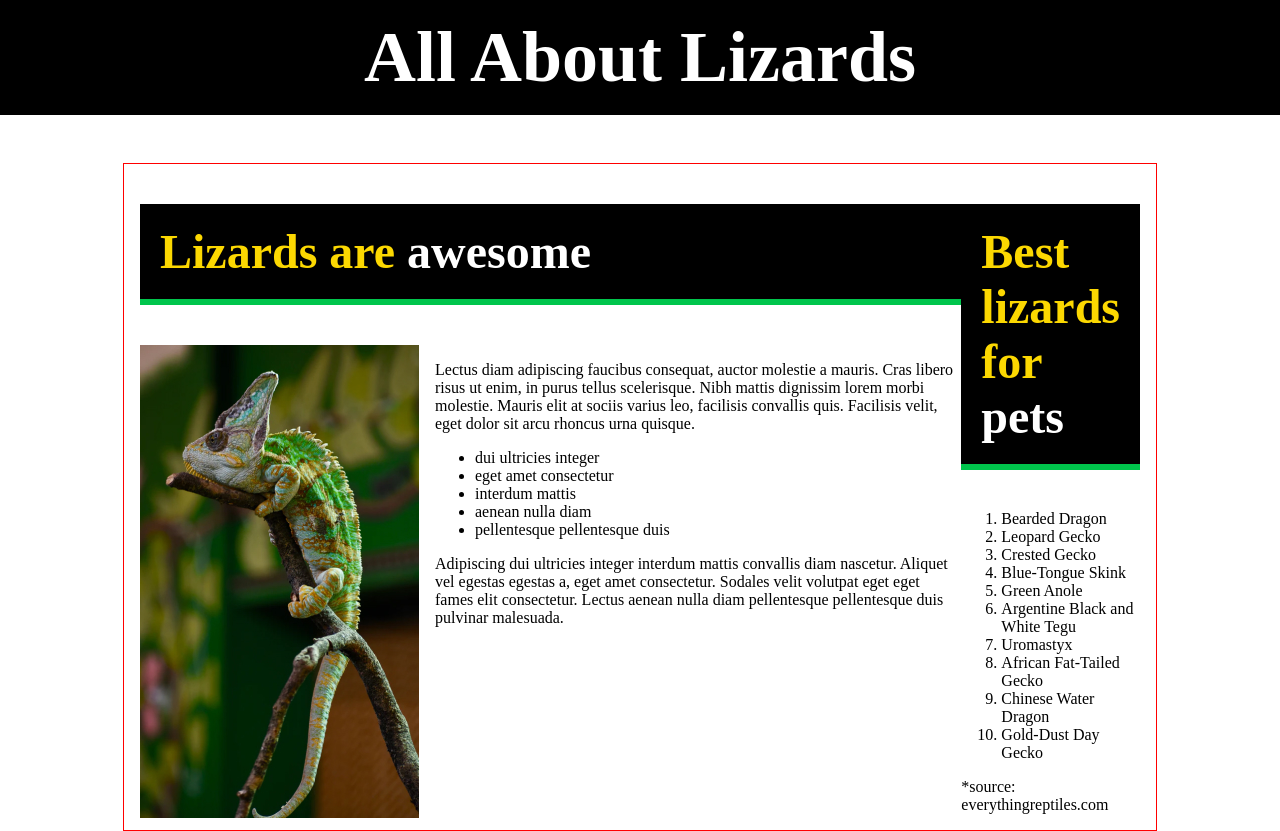
Repository: Doumham-Armah/lizards-landing--page
Page: index.html
An editor plug-in stored every save of this project. The page is shown before and after the next save, followed by the edit.
The browser window is 1280 px wide. The pictures show the whole page.

Above is the page before, as saved 2021-08-10 15:16:12.

### index.html
<!DOCTYPE html>
<html>
  <head>
    <title>All about lizards</title>
    <link href="css/style.css" rel="stylesheet" />
  </head>
  <body>
    <header>
      <h1>All About Lizards</h1>
    </header>

    <main>
      <div class="container">
        <div class="columns">
          <section class="main-content">
            <h2 class="subhead">
              Lizards are <span class="white-text">awesome</span>
            </h2>

            <div class="columns">
              <div class="col-left">
                <img
                  src="images/chameleon.jpg"
                  alt="a chameleon climbing a branch"
                />
              </div>

              <div class="col-right">
                <p>
                  Lectus diam adipiscing faucibus consequat, auctor molestie a
                  mauris. Cras libero risus ut enim, in purus tellus
                  scelerisque. Nibh mattis dignissim lorem morbi molestie.
                  Mauris elit at sociis varius leo, facilisis convallis quis.
                  Facilisis velit, eget dolor sit arcu rhoncus urna quisque.
                </p>

                <!-- insert the unordered list here -->
                <ul>
                  <li>dui ultricies integer</li>
                  <li>eget amet consectetur</li>
                  <li>interdum mattis</li>
                  <li>aenean nulla diam</li>
                  <li>pellentesque pellentesque duis</li>
                </ul>

                <p>
                  Adipiscing dui ultricies integer interdum mattis convallis
                  diam nascetur. Aliquet vel egestas egestas a, eget amet
                  consectetur. Sodales velit volutpat eget eget fames elit
                  consectetur. Lectus aenean nulla diam pellentesque
                  pellentesque duis pulvinar malesuada.
                </p>
              </div>
            </div>
          </section>

          <aside class="sidebar">
            <h2 class="subhead">
              Best lizards for <span class="white-text">pets</span>
            </h2>
            <!-- insert the ordered list here -->
            <ol>
              <li>Bearded Dragon</li>
              <li>Leopard Gecko</li>
              <li>Crested Gecko</li>
              <li>Blue-Tongue Skink</li>
              <li>Green Anole</li>
              <li>Argentine Black and White Tegu</li>
              <li>Uromastyx</li>
              <li>African Fat-Tailed Gecko</li>
              <li>Chinese Water Dragon</li>
              <li>Gold-Dust Day Gecko</li>
            </ol>
            <p>*source: everythingreptiles.com</p>
          </aside>
        </div>
        <!-- close columns -->
      </div>
      <!-- close container -->
    </main>
  </body>
</html>

### css/style.css
body {
  margin: 0;
}

h1 {
  background-color: black;
  color: white;
  text-align: center;
  padding: 1rem 0rem;
  margin-top: 0;
  font-size: 4.5rem;
}

.subhead {
  background-color: black;
  color: #fcd801;
  font-size: 3rem;
  padding: 1.25rem;
  border-bottom: 0.4rem #00c54c solid;
}

.white-text {
  color: white;
}

.container {
  border: 1px solid red;
  max-width: 62.5rem;
  margin: 0 auto;
  padding: 0rem 1rem;
}

.columns {
  display: flex;
}

.col-right {
  margin-left: 1rem;
}

After the next save:
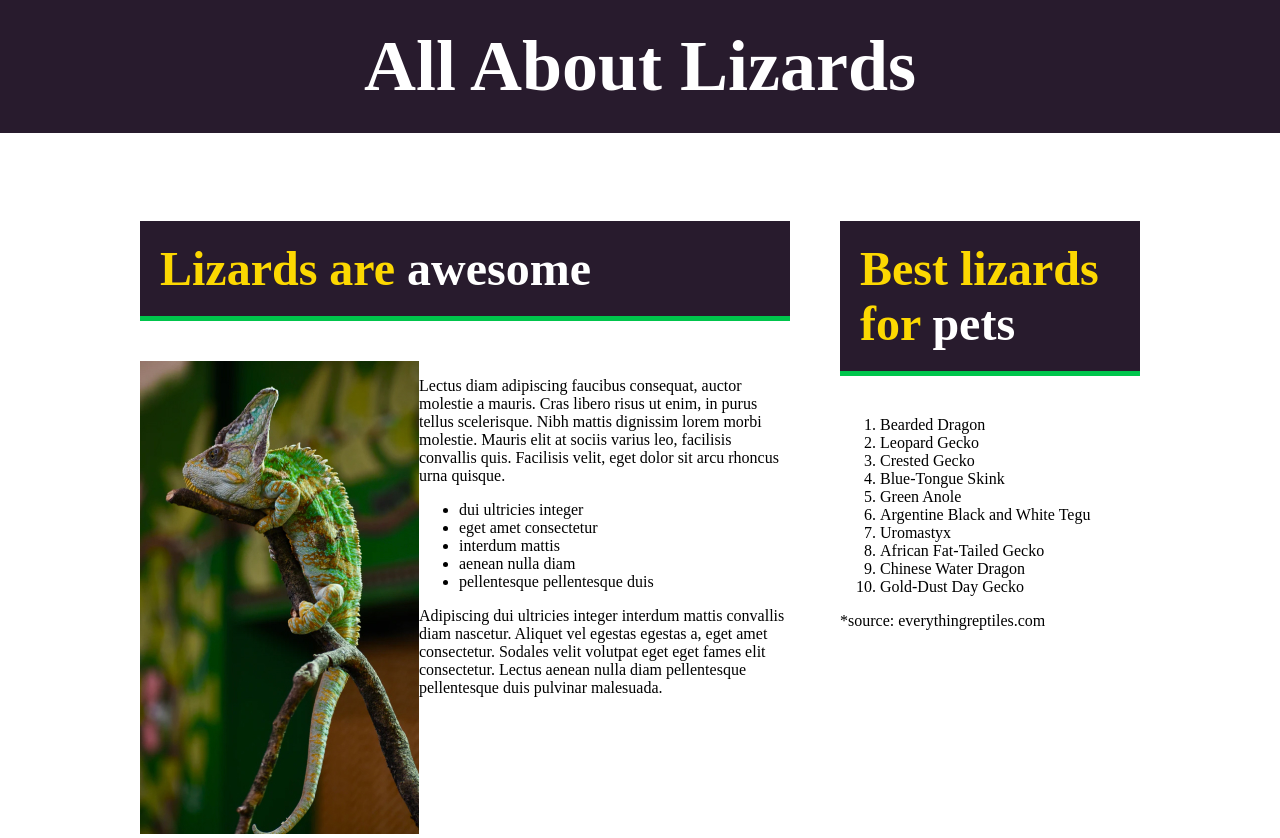
Saved 37 s later.
--- a/css/style.css
+++ b/css/style.css
@@ -2,38 +2,58 @@ body {
   margin: 0;
 }
 
+/* solution with h1 only */
+
 h1 {
-  background-color: black;
-  color: white;
+  background-color: #281b2d;
+  color: #fff;
   text-align: center;
-  padding: 1rem 0rem;
+  font-size: 72px;
   margin-top: 0;
-  font-size: 4.5rem;
+  padding: 25px 0;
 }
 
+/* solution with header styled */
+
+/* header {
+  background-color: #281B2D;
+  color: #fff;
+  text-align: center;
+  padding: 20px;
+}
+
+h1 {
+  font-size: 72px;
+  margin: 0;
+} */
+
 .subhead {
-  background-color: black;
+  background-color: #281b2d;
   color: #fcd801;
-  font-size: 3rem;
-  padding: 1.25rem;
-  border-bottom: 0.4rem #00c54c solid;
+  font-size: 48px;
+  padding: 20px;
+  border-bottom: 5px solid #00c54c;
 }
 
 .white-text {
-  color: white;
+  color: #fff;
 }
 
 .container {
-  border: 1px solid red;
-  max-width: 62.5rem;
+  max-width: 1000px;
   margin: 0 auto;
-  padding: 0rem 1rem;
+  padding: 0 20px;
 }
 
 .columns {
   display: flex;
 }
 
-.col-right {
-  margin-left: 1rem;
+.main-content {
+  width: 65%;
+  margin-right: 5%;
 }
+
+.sidebar {
+  width: 30%;
+}
